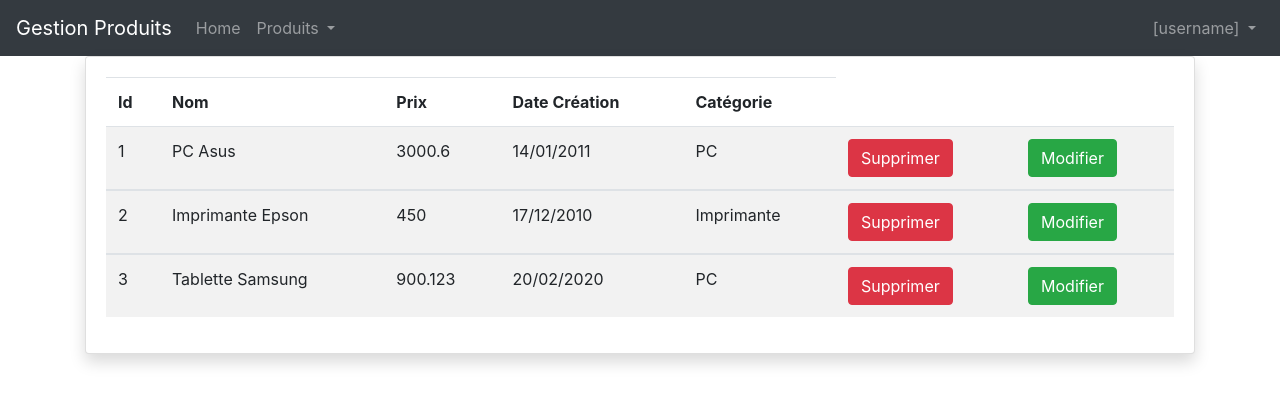
Repository: nadhemBelHadj/Angular_Atelier_Recherche
Page: /rechercheParCategorie
The author's editor kept a copy of each file at every save. The page is drawn from the files as they stood at one save, then again after the next save.
The browser window is 1280 px wide. The pictures show the whole page.
The project was rebuilt for these pictures with package versions that can differ from the ones it lists, and the page was loaded fresh each time. Also part of the build but not shown: angular.json, src/app/produits/produits.component.ts, src/app/add-produit/add-produit.component.ts, src/app/update-produit/update-produit.component.ts.

Above is the page before, as saved 2021-12-07 17:30:14.

### src/index.html
<!doctype html>
<html lang="en">
<head>
  <meta charset="utf-8">
  <title>MesProduits</title>
  <base href="/">

  <meta name="viewport" content="width=device-width, initial-scale=1">
  <link rel="icon" type="image/x-icon" href="favicon.ico">
</head>
<body>
  <app-root></app-root>
</body>
</html>

### src/app/app.module.ts
import { BrowserModule } from '@angular/platform-browser';
import { NgModule } from '@angular/core';
import { FormsModule } from '@angular/forms';
import { AppRoutingModule } from './app-routing.module';
import { AppComponent } from './app.component';
import { ProduitsComponent } from './produits/produits.component';
import { AddProduitComponent } from './add-produit/add-produit.component';
import { UpdateProduitComponent } from './update-produit/update-produit.component';
import { RechercheParCategorieComponent } from './recherche-par-categorie/recherche-par-categorie.component';

@NgModule({
  declarations: [
    AppComponent,
    ProduitsComponent,
    AddProduitComponent,
    UpdateProduitComponent,
    RechercheParCategorieComponent
  ],
  imports: [
    BrowserModule,
    AppRoutingModule,
    FormsModule
  ],
  providers: [],
  bootstrap: [AppComponent]
})
export class AppModule { }

### src/app/app-routing.module.ts
import { NgModule } from '@angular/core';
import { Routes, RouterModule } from '@angular/router';
import { ProduitsComponent } from './produits/produits.component';
import { AddProduitComponent } from './add-produit/add-produit.component';
import { UpdateProduitComponent } from './update-produit/update-produit.component';
import { RechercheParCategorieComponent } from './recherche-par-categorie/recherche-par-categorie.component';

const routes: Routes = [
  {path: "produits", component : ProduitsComponent},
  {path: "add-produit", component : AddProduitComponent},
  {path: "updateProduit/:id",  component: UpdateProduitComponent},
  {path: "rechercheParCategorie", component : RechercheParCategorieComponent},
  {path: "", redirectTo: "produits", pathMatch: "full" }
];

@NgModule({
  imports: [RouterModule.forRoot(routes)],
  exports: [RouterModule]
})
export class AppRoutingModule { }

### src/app/recherche-par-categorie/recherche-par-categorie.component.ts
import { ProduitService } from './../services/produit.service';
import { Component, OnInit } from '@angular/core';
import { Produit } from '../model/produit.model';

@Component({
  selector: 'app-recherche-par-categorie',
  templateUrl: './recherche-par-categorie.component.html',
  styles: [
  ]
})
export class RechercheParCategorieComponent implements OnInit {

  produits : Produit[] =[]; //un tableau de Produit

  constructor(private produitService: ProduitService ) {
    this.produits = produitService.listeProduits();
   }

  ngOnInit(): void {
  }

}

### src/app/app.component.html
<!DOCTYPE html>
<html >
<head>
<meta charset="utf-8">
<title>Gestion des Produits</title>
</head>
<body>
<nav class="navbar navbar-expand-sm bg-dark navbar-dark">
  <!-- Brand -->
  <a class="navbar-brand" href="#">Gestion Produits</a>

  <!-- Links -->
  <ul class="navbar-nav">
    <li class="nav-item">
      <a class="nav-link"   routerLink="/produits" >Home</a>
    </li>

    <!-- Dropdown -->
    <li class="nav-item dropdown">
      <a class="nav-link dropdown-toggle" href="#" id="navbardrop" data-toggle="dropdown">
        Produits
      </a>
      <div class="dropdown-menu">
        <a class="dropdown-item"  routerLink="/add-produit">Ajouter</a>
        <a class="dropdown-item"  routerLink="/produits" >Lister</a>
        <a class="dropdown-item"  routerLink="/rechercheParCategorie" >Recherche Par Catégorie</a>
      </div>
    </li>
    </ul>

    <ul class="navbar-nav ml-auto" >
     <li class="nav-item dropdown">
      <a class="nav-link dropdown-toggle" href="#" id="navbardrop" data-toggle="dropdown">
      [username]
      </a>
      <div class="dropdown-menu">
        <a class="dropdown-item" href="#">login</a>
        <a class="dropdown-item" href="#">logout</a>
          <a class="dropdown-item" href="#">Profile</a>
      </div>
    </li>
  </ul>
</nav>
</body>
</html>

<router-outlet></router-outlet>

### src/app/services/produit.service.ts
import { Injectable } from '@angular/core';
import { Produit } from '../model/produit.model';
import { Observable, of } from 'rxjs';
import { Categorie } from '../model/categorie.model';

@Injectable({
  providedIn: 'root'
})
export class ProduitService {
  produits : Produit[]; //un tableau de Produit
  produit = new Produit();
  categorie = new Categorie();

  categories : Categorie[];
  constructor() {
    this.categories = [ {idCat : 1, nomCat : "PC"},
                        {idCat : 2, nomCat : "Imprimante"}];

    this.produits = [
      { idProduit : 1,  nomProduit : "PC Asus", prixProduit : 3000.600, dateCreation : new Date("01/14/2011"), categorie : {idCat : 1, nomCat : "PC"}},
      { idProduit : 2,  nomProduit : "Imprimante Epson", prixProduit : 450, dateCreation : new Date("12/17/2010"), categorie : {idCat : 2, nomCat : "Imprimante"}},
      { idProduit : 3,  nomProduit :"Tablette Samsung", prixProduit : 900.123, dateCreation : new Date("02/20/2020"),categorie : {idCat : 1, nomCat : "PC"}}
    ];
   }

    listeProduits():Produit[] {
      return this.produits;
    }

    listeCategories():Categorie[] {
      return this.categories;
    }

    ajouterProduit( prod: Produit){
      this.produits.push(prod);
    }

    supprimerProduit( prod: Produit){
     //supprimer le produit prod du tableau produits
      const index = this.produits.indexOf(prod, 0);
      if (index > -1) {
        this.produits.splice(index, 1);
      }

      //ou Bien
      /*  this.produits.forEach((cur, index) => {
         if(prod.idProduit === cur.idProduit) {
               this.produits.splice(index, 1);
            }
      }); */

    }

    consulterProduit(id:number): Produit{
     this.produit =  this.produits.find(p => p.idProduit == id);
       return this.produit;
    }


    trierProduits(){
      this.produits = this.produits.sort((n1,n2) => {
        if (n1.idProduit > n2.idProduit) {
            return 1;
        }

        if (n1.idProduit < n2.idProduit) {
            return -1;
        }

        return 0;
    });
    }

    updateProduit(p:Produit)
    {
     // console.log(p);
      this.supprimerProduit(p);
      this.ajouterProduit(p);
      this.trierProduits();
    }


    consulterCategorie(id:number): Categorie{
      this.categorie =  this.categories.find(cat => cat.idCat  == id);
        return this.categorie;
     }


}

### src/app/model/produit.model.ts
import { Categorie } from './categorie.model';

export class Produit {
    idProduit : number;
    nomProduit : string;
    prixProduit : number;
    dateCreation : Date;
    categorie : Categorie
}

### src/app/recherche-par-categorie/recherche-par-categorie.component.html
<div class="container">
  <div class="card shadow mb-4">
    <div class="card-body">
     <table class="table table-striped">
        <tr> <th>Id</th><th>Nom</th> <th>Prix</th>  <th>Date Création</th><th>Catégorie</th> </tr>
              <tbody *ngFor="let produit of produits">
                       <tr >
                          <td>{{produit.idProduit}}</td>
                          <td>{{produit.nomProduit}}</td>
                          <td>{{produit.prixProduit}}</td>
                          <td>{{produit.dateCreation | date:'dd/MM/yyyy'}}</td>
                          <td>{{produit.categorie.nomCat}}</td>
                          <td><a class="btn btn-danger" (click)="supprimerProduit(produit)">Supprimer</a></td>
                          <td><a class="btn btn-success" [routerLink]="['/updateProduit',produit.idProduit]">Modifier</a></td>

                        </tr>
               </tbody>
    </table>
    </div>
  </div>
</div>

### src/app/model/categorie.model.ts
export class Categorie {
    idCat : number;
    nomCat : string;
}

Loaded but not shown: src/styles.css (common file); src/main.ts (common file); src/environments/environment.ts (common file); src/app/app.component.ts (common file); src/app/app.component.css (no stored copy; drawn as an empty file)

After the next save:
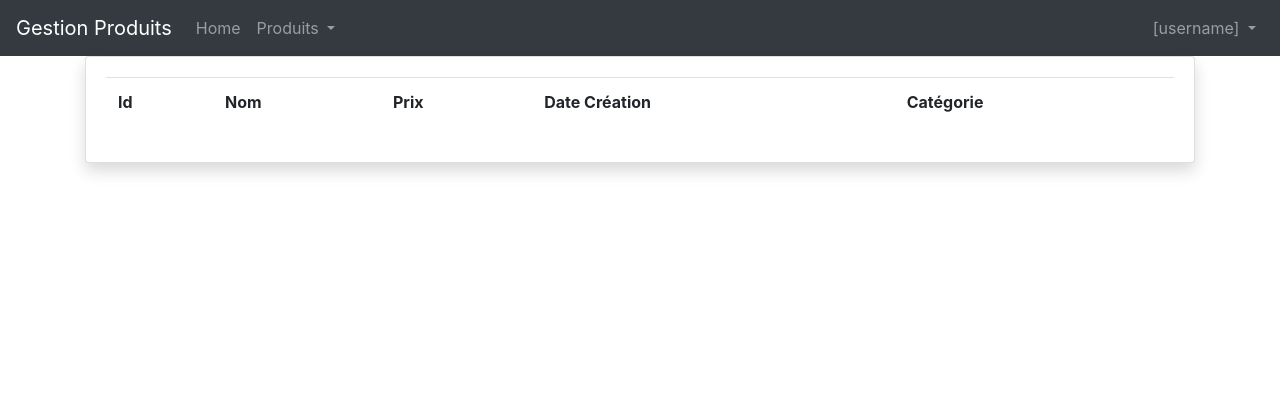
Saved 19 s later.
--- a/src/app/recherche-par-categorie/recherche-par-categorie.component.ts
+++ b/src/app/recherche-par-categorie/recherche-par-categorie.component.ts
@@ -13,7 +13,7 @@ export class RechercheParCategorieComponent implements OnInit {
   produits : Produit[] =[]; //un tableau de Produit
 
   constructor(private produitService: ProduitService ) {
-    this.produits = produitService.listeProduits();
+   // this.produits = produitService.listeProduits();
    }
 
   ngOnInit(): void {
